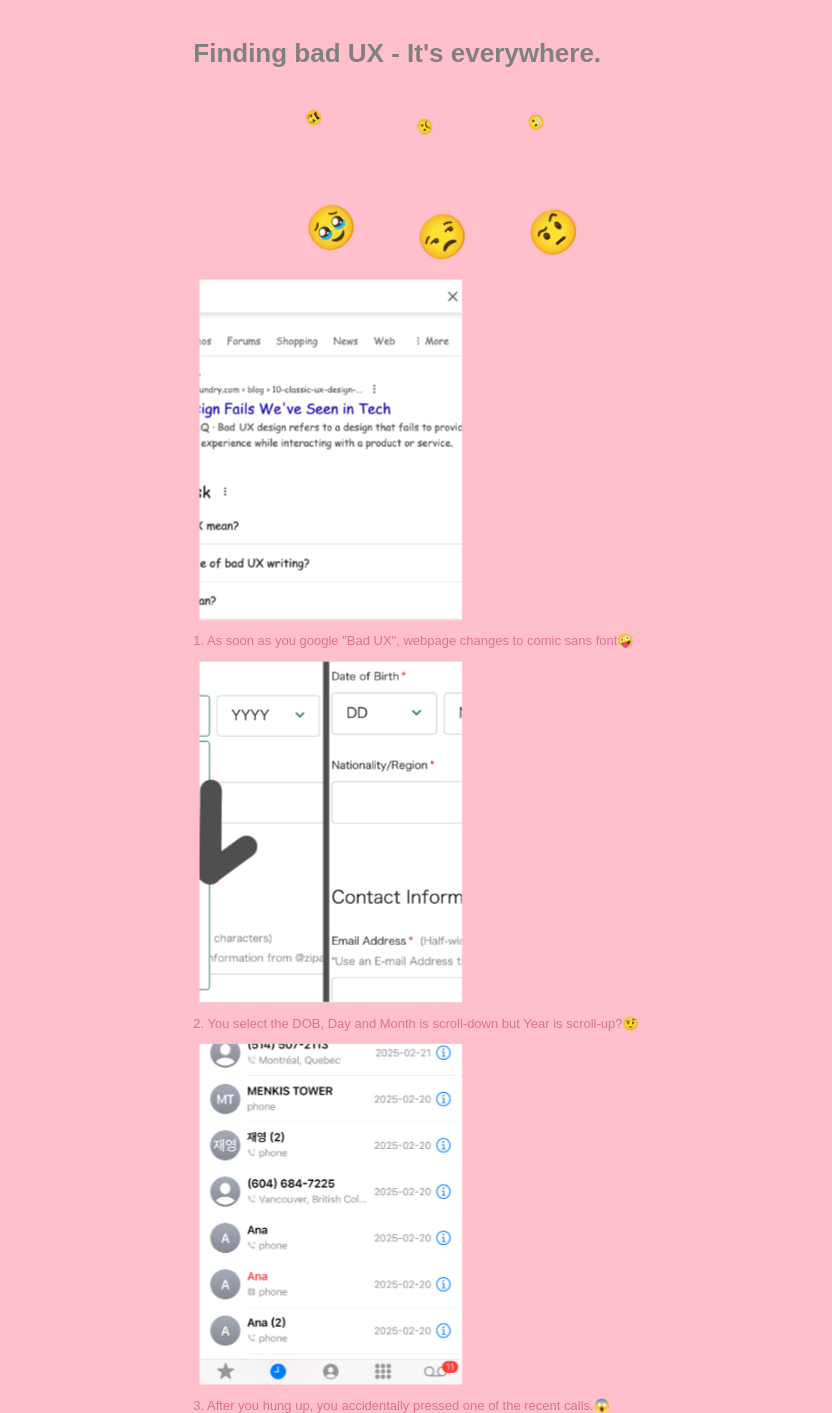
Repository: j1s00jang/MDIA-2109
Page: lesson08/badUX.html
The author's editor kept a copy of each file at every save. The page is drawn from the files as they stood at one save, then again after the next save.
The browser window is 1280 px wide. The pictures show the whole page, at 65% of full size.
Some web libraries are served in a nearby version.

Above is the page before, as saved 2025-03-02 12:49:59.

### lesson08/badUX.html
<!DOCTYPE html>
    <html lang="en">
    <head>
        <title>Jisoo's finding bad ux</title>
        <meta charset="UTF-8">
        <link rel="stylesheet" href="css/badUXstyles.css">
    </head>
    <body>
        <main>
            <h1 class="title">Finding bad UX - It's everywhere.</h1>

        <div class="js">
            <span class="js__spinner spin">😫</span>
            <span class="js__spinner moreSpin">☹️</span>
            <span class="js__spinner mostSpin">😬</span>
        </div>

        <div class="gsap">
            <span class="gsap__spinner spin">🥹</span>
            <span class="gsap__spinner moreSpin">😒</span>
            <span class="gsap__spinner mostSpin">🤨</span>

        </div>
            <div class="first">
                <img src="css/first.png" alt="google ux" class="first_photo">
            </div>
            <p>1. As soon as you google "Bad UX", webpage changes to comic sans font🤪</p>

            <div class="second">
                <img src="css/second.png" alt="confirm button in red" class="second_photo">
            </div>
            <p>2. You select the DOB, Day and Month is scroll-down but Year is scroll-up?🤨</p>

            <div class="third">
                <img src="css/third.jpg" alt="iphone's recents calling list" class="third_photo">
            </div>
            <p>3. After you hung up, you accidentally pressed one of the recent calls.😱</p>

            <script src="https://cdn.jsdelivr.net/npm/gsap@3.12.7/dist/gsap.min.js"></script>
            <script src="script.js"></script>

        </main>
    </body>
</html>

### css/badUXstyles.css
html {
    font-family: "Futura", sans-serif;
    font-size: 1.25em;
    background-color: pink;
    padding: 1.25em;
    color: palevioletred;
}

body {
    display: flex;
    justify-content: center;
    height: 100vh;
}

.title {
    font-size: 2em;
    color: grey;
}


.first,
.second,
.third {
    position: relative;
    width: 30vw;
    height: 70vh;
    overflow: hidden;
}

.first {
    background-color: whitesmoke;
    padding: 10px;
    margin: 10px;
    font-size: 1.5em;
}

.first_photo {
    position: absolute;
    top: 0;
    left: 0;
    width: 100%;
    height: 100%;
    object-fit: cover; /* 부모 크기에 맞춰 채우기 */
    opacity: 1;
}

.second {
    background-color: lightcyan;
    padding: 10px;
    margin: 10px;
    color: teal;
    font-size: 1.5em;
}

.second_photo {
    position: absolute;
    top: 0;
    left: 0;
    width: 100%;
    height: 100%;
    object-fit: cover;
    opacity: 1;
}

.third {
    background-color: lightyellow;
    padding: 10px;
    margin: 10px;
    color: darkgoldenrod;
    font-size: 1.5em;
}

.third_photo {
    position: absolute;
    top: 0;
    left: 0;
    width: 100%;
    height: 100%;
    object-fit: cover;
    opacity: 1;
}

.gsap {
    position: relative;
    height: 30vh;
    font-size: 65px;
}


.js,
.gsap {
    position: relative;
    height: 20vh;
    font-size: 65px;
}


.js__spinner,
.gsap__spinner {
    position: absolute;
}




.spin { left: 25%; top: 25%; }
.moreSpin { left: 50%; top: 35%; }
.mostSpin { left: 75%; top: 30%; }



@keyframes makeItSpin {
    0% {
        transform: rotate(0);
    }
    50% {
        font-size: 100px;
    }
    100% {
        transform: rotate(360deg);
    }
}

### script.js
const $spin = document.querySelector(".js__spinner.spin");
const $moreSpin = document.querySelector(".js__spinner.moreSpin");
const $mostSpin = document.querySelector(".js__spinner.mostSpin");




const keyframes = [
    { transform: "rotate(0)" },
    {
        transform: "rotate(360deg)",
        fontSize: "0"
     }
];



const options = {
    duration: 3000,
    iterations: Infinity,

}


$spin.animate(keyframes, options);
$moreSpin.animate(keyframes, options);
$mostSpin.animate(keyframes, options);


const gsapOption = {
    rotation: 360,
    repeat: -1,
    duration: 3
}

gsap.to(".gsap__spinner", gsapOption);

After the next save:
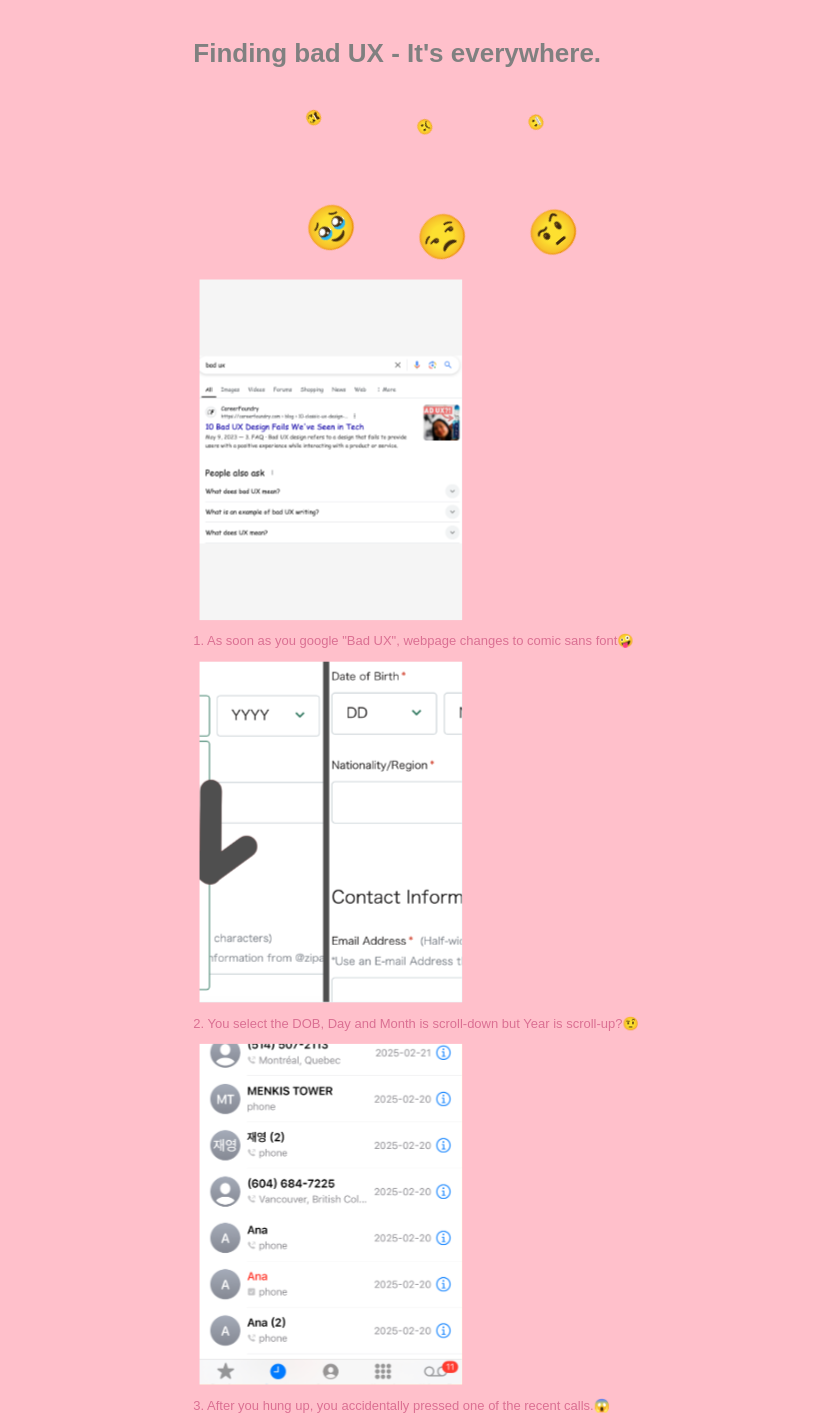
Saved 2 min 2 s later.
--- a/css/badUXstyles.css
+++ b/css/badUXstyles.css
@@ -40,7 +40,7 @@ body {
     left: 0;
     width: 100%;
     height: 100%;
-    object-fit: cover; /* 부모 크기에 맞춰 채우기 */
+    object-fit: contain;
     opacity: 1;
 }
 
